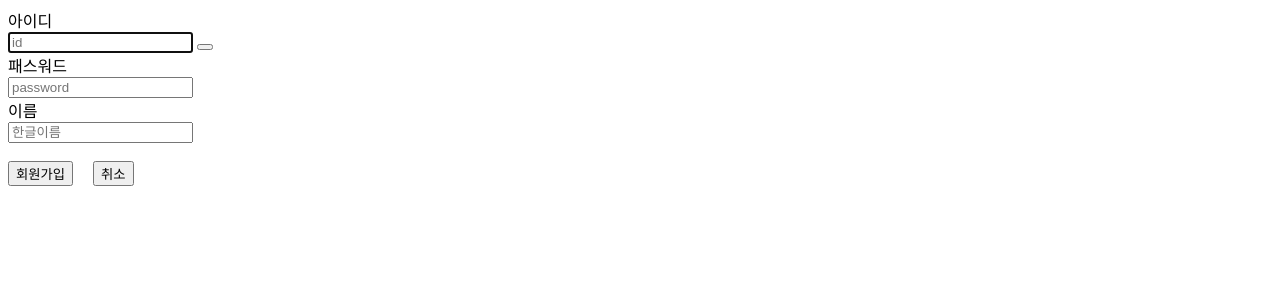
Repository: AHJ2616/Java
Page: http://localhost/board-jsp/06Session/Register_form.jsp
These files come from the project's save history. The page is drawn as it stood at one moment and after the next save; the edit follows.
The browser window is 1280 px wide. The pictures show the whole page.
The page is served by Tomcat 9. Other server files are loaded and not shown.

Above is the page before, as saved 2024-07-26 08:05:13.
Console error: SyntaxError: Unexpected token '{'

### jsp_workspace/board-jsp/src/main/webapp/06Session/Register_form.jsp
<%@ page language="java" contentType="text/html; charset=UTF-8"
    pageEncoding="UTF-8"%>
<!DOCTYPE html>
<html>
<head>
<meta charset="UTF-8">
<title>회원가입 작성</title>
<script>
function check_id{
	var id = #id.val();
	alret="미구현 상태요 ㅈㅅ"
}
</script>
</head>
<body>
<form id="register_form" action="Register.jsp" method="post" onsubmit="return check_id(this)">
<label for= "id">아이디</label><br>
<input type= "text" name= "id" id="id" autofocus="autofocus" required placeholder="id"/>
<button type= "button" onclick="check_id" ></button>
<br>
<label for= "pw">패스워드</label><br>
<input type= "password" name= "pw" id="pw" required placeholder="password"/><br>
<label for= "name">이름</label><br>
<input type= "text" name= "name" id="name" placeholder="한글이름"/><br><br>
<input type= "submit" value="회원가입" /> &nbsp;&nbsp;&nbsp;
<button type= "button" onclick= "location.href='login_form.jsp'">취소</button>
</form>
</body>
</html>

After the next save:
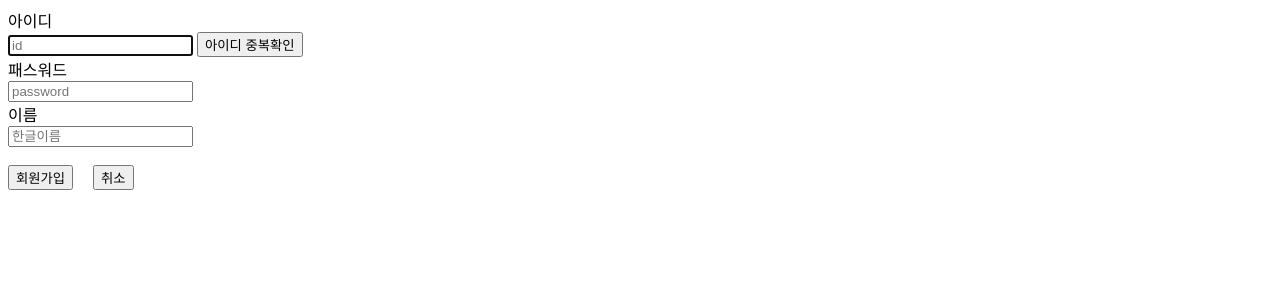
Saved 47 s later.
--- a/jsp_workspace/board-jsp/src/main/webapp/06Session/Register_form.jsp
+++ b/jsp_workspace/board-jsp/src/main/webapp/06Session/Register_form.jsp
@@ -16,7 +16,7 @@ function check_id{
 <form id="register_form" action="Register.jsp" method="post" onsubmit="return check_id(this)">
 <label for= "id">아이디</label><br>
 <input type= "text" name= "id" id="id" autofocus="autofocus" required placeholder="id"/>
-<button type= "button" onclick="check_id" ></button>
+<button type= "button" onclick="check_id" >아이디 중복확인</button>
 <br>
 <label for= "pw">패스워드</label><br>
 <input type= "password" name= "pw" id="pw" required placeholder="password"/><br>
